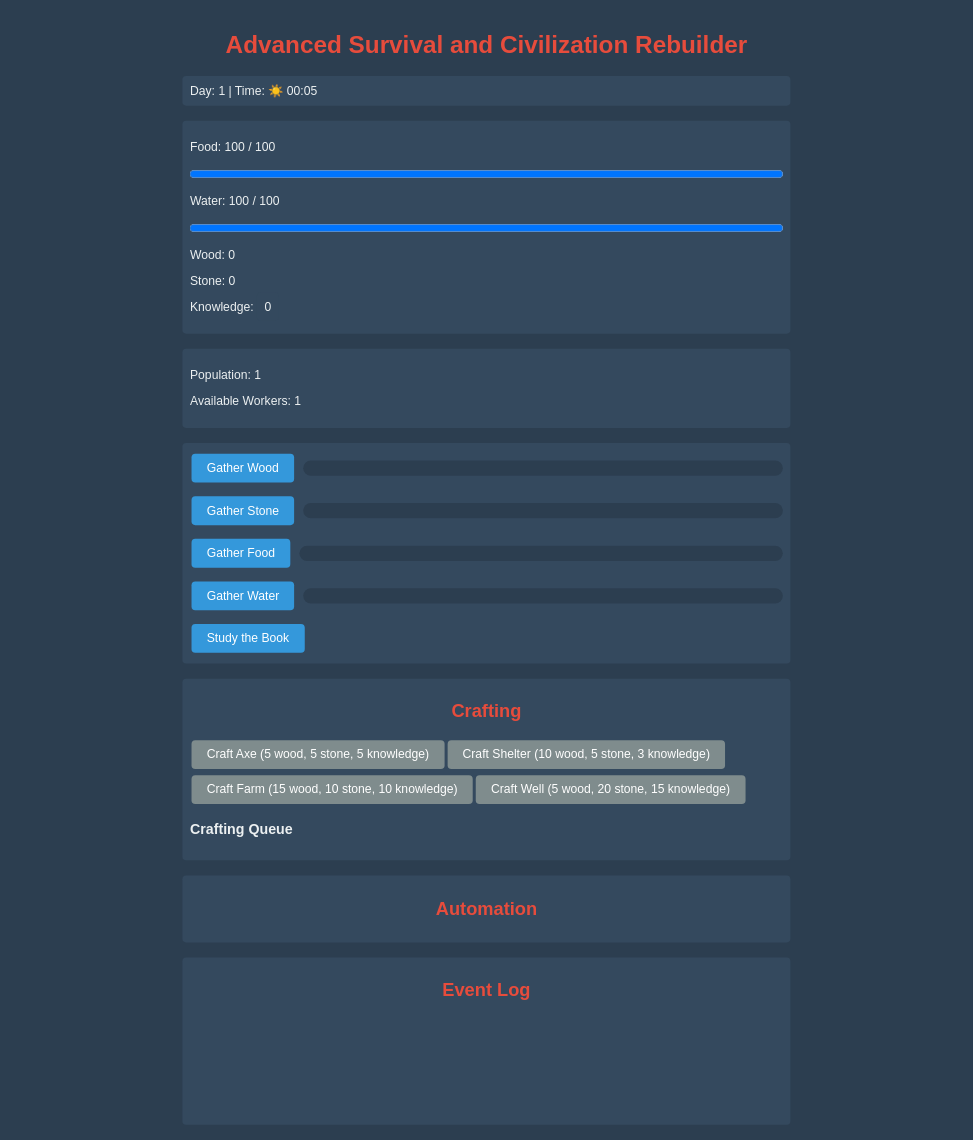
Repository: kingpinzs/afk-post-apocalyptic
Page: index.html
The author's editor kept a copy of each file at every save. The page is drawn from the files as they stood at one save, then again after the next save.
The browser window is 1280 px wide. The pictures show the whole page, at 76% of full size.

Above is the page before, as saved 2024-09-10 09:45:12.
Console error: TypeError: Cannot set properties of null (setting 'textContent')

After the next save:
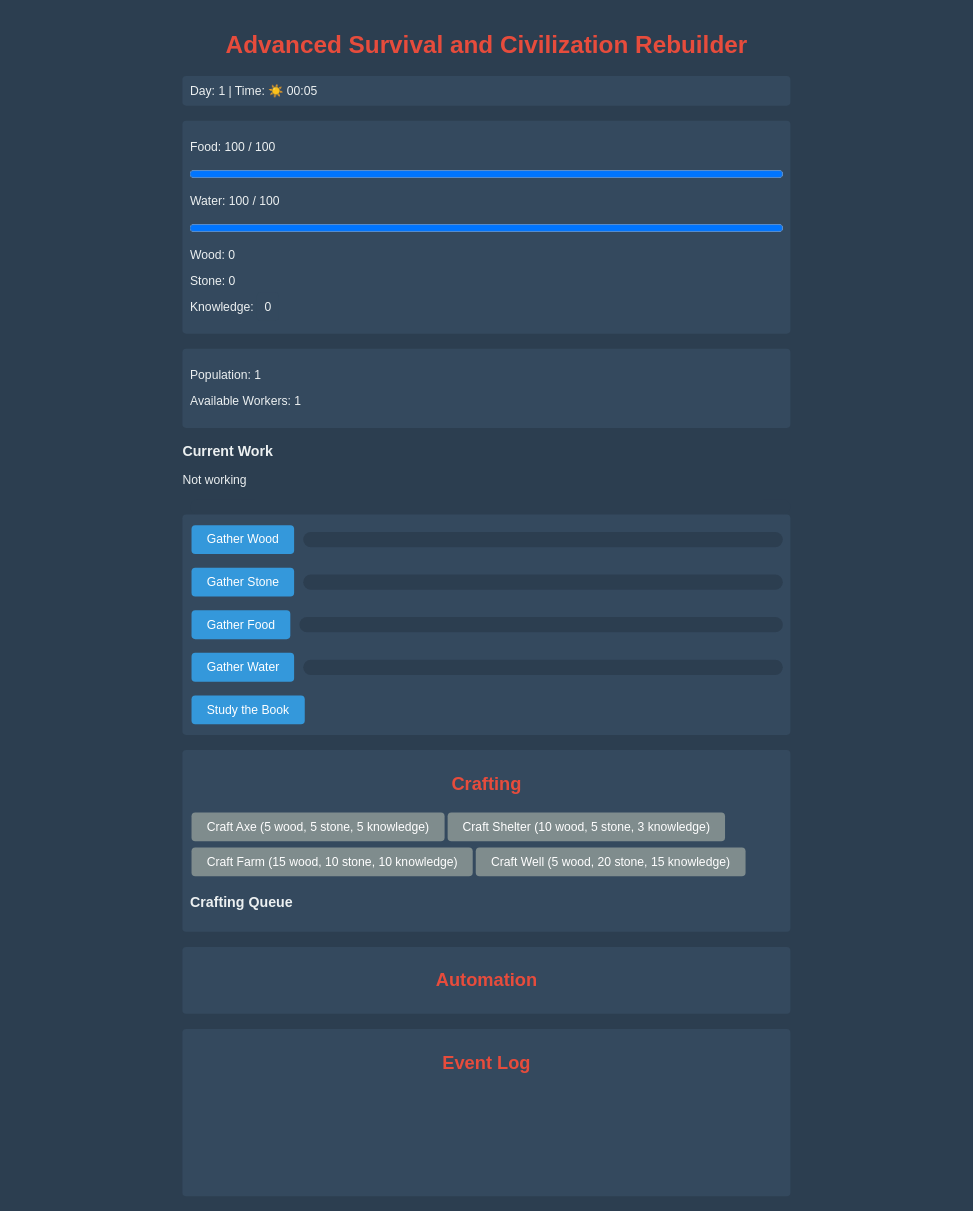
Saved 20 s later.
--- a/index.html
+++ b/index.html
@@ -24,6 +24,13 @@
         <div id="population">
             <p>Population: <span id="population-count">1</span></p>
             <p>Available Workers: <span id="available-workers">1</span></p>
+        </div>
+        <div id="working-section">
+            <h3>Current Work</h3>
+            <p id="current-work">Not working</p>
+            <div id="work-progress-container" class="progress-bar-container">
+                <div id="work-progress-bar" class="progress-bar"></div>
+            </div>
         </div>
         <div id="actions">
             <div class="gather-action">
